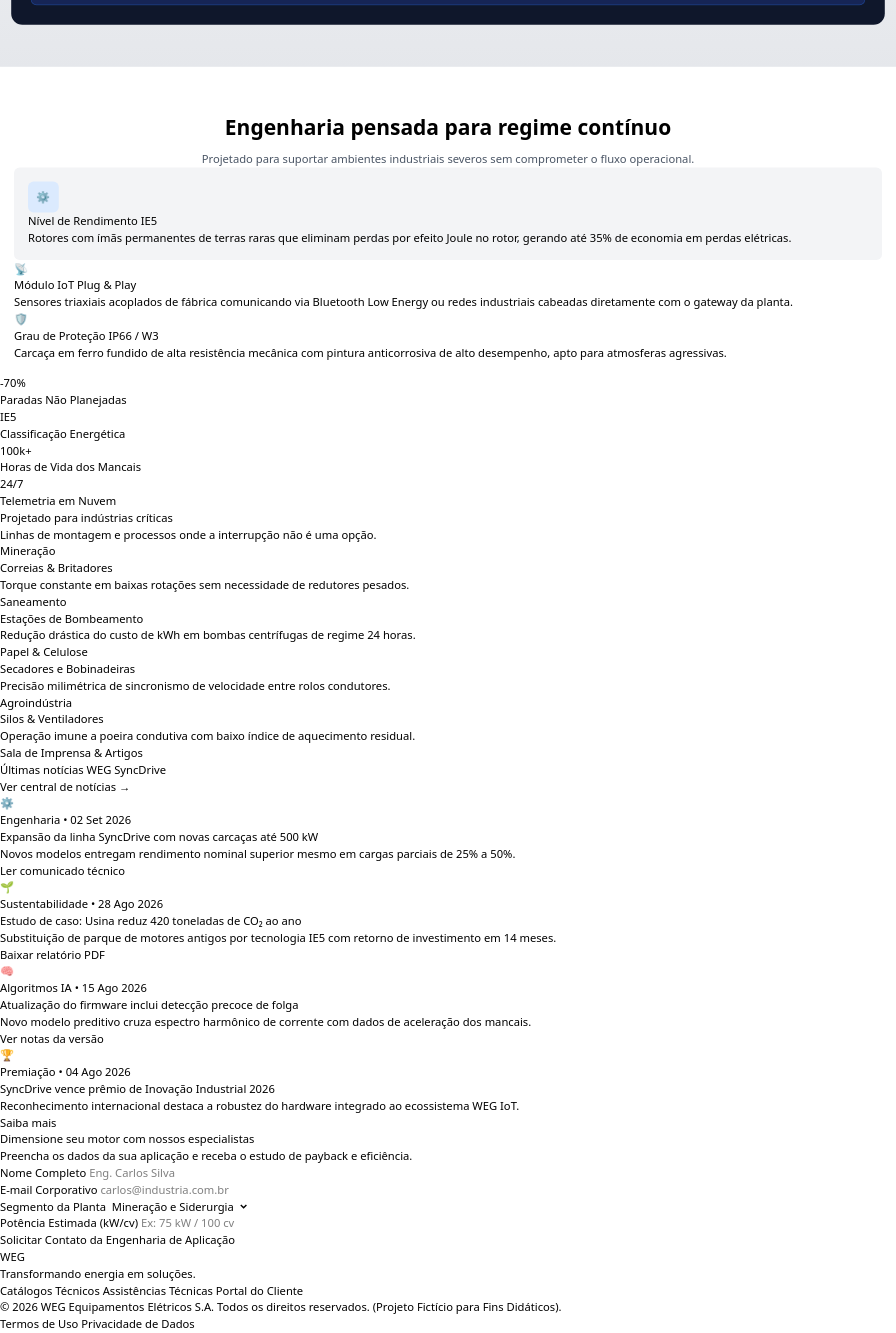
Repository: camilewng/Exercicio-Tailwind
Page: index.html
The author's editor kept a copy of each file at every save. The page is drawn from the files as they stood at one save, then again after a run of saves.
The browser window is 1280 px wide. The pictures show the part of the page from y = 908 to 2828 px (the page is 2812 px tall before and 2828 px after), at 70% of full size.

Above is the page before, as saved 2026-09-08 21:18:57.

After the next 4 saves:
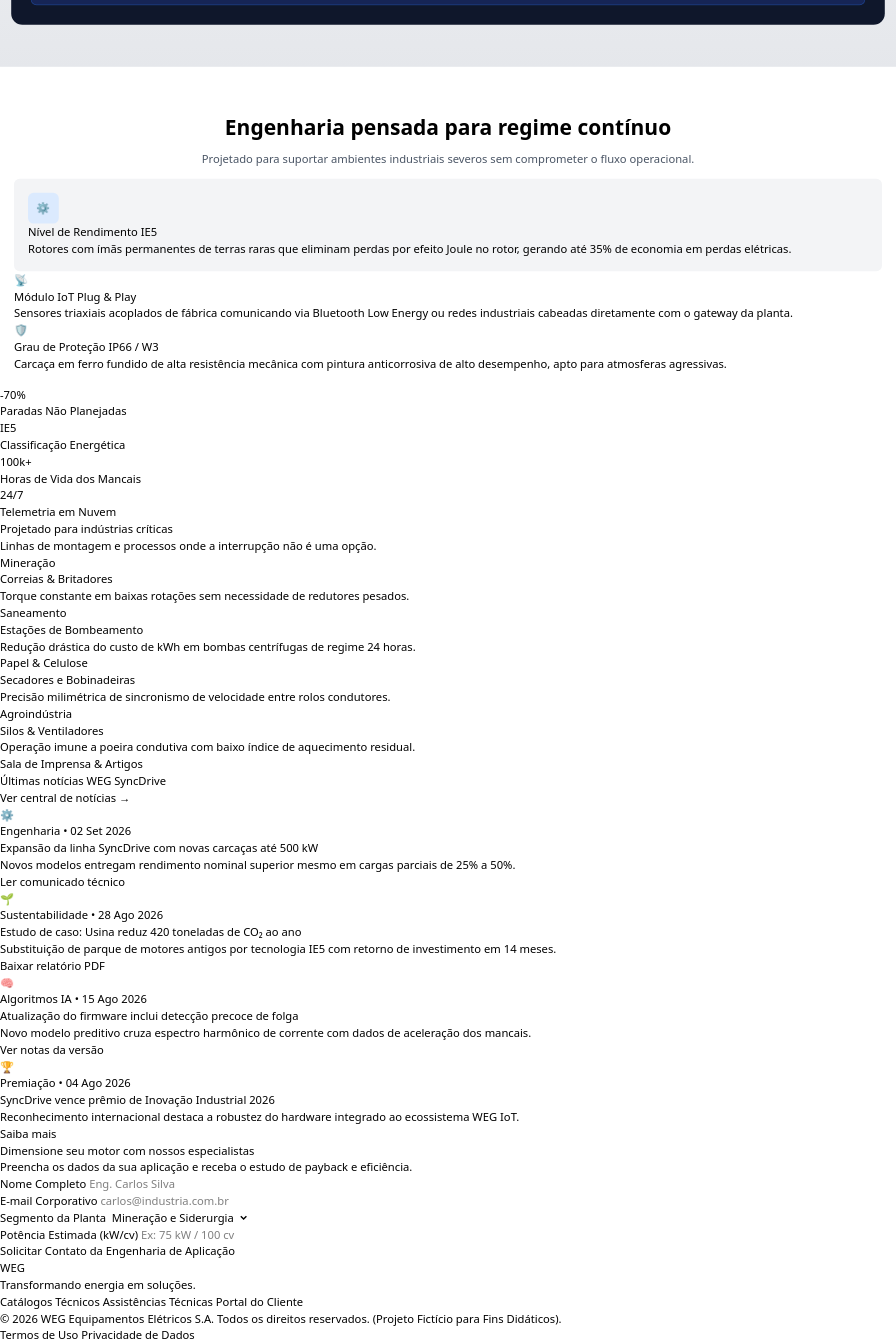
The 4 saves are shown as one change because they came seconds apart.
The last was saved 12 s later.
--- a/index.html
+++ b/index.html
@@ -128,10 +128,10 @@
       <div>
         <div>
           <h2 class="font-black text-3xl text-center mt-12 mb-4">Engenharia pensada para regime contínuo</h2>
-          <p class="text-gray-600 text-center">Projetado para suportar ambientes industriais severos sem comprometer o fluxo operacional.</p>
-        </div>
-
-        <div class="">
+          <p class="text-gray-600 text-center mb-4">Projetado para suportar ambientes industriais severos sem comprometer o fluxo operacional.</p>
+        </div>
+
+        <div>
           <article class="bg-gray-100 p-5 rounded-lg">
             <div class="flex justify-center items-center bg-blue-100 w-11 h-11 rounded-lg">⚙️</div>
             <h3>Nível de Rendimento IE5</h3>
